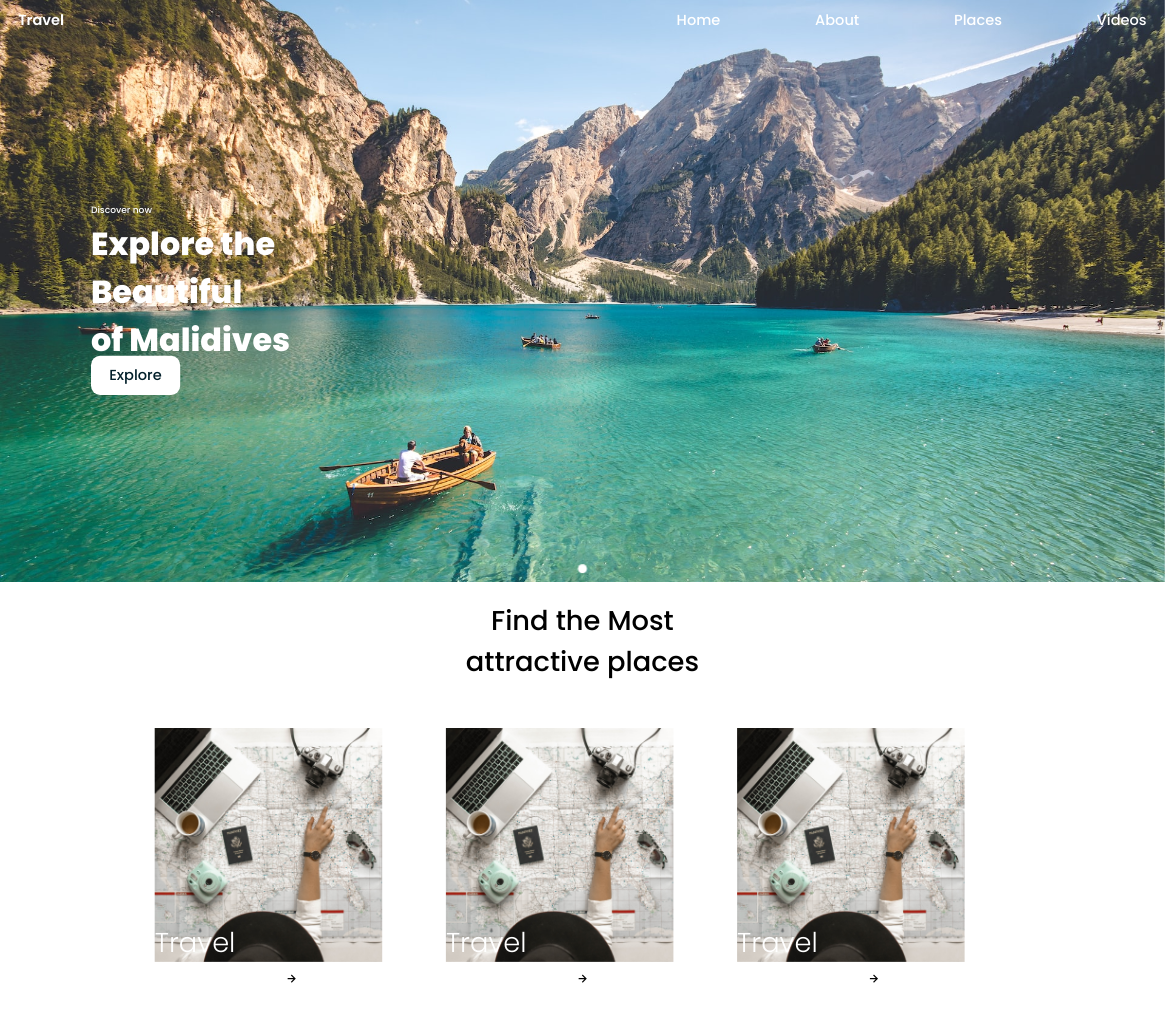
Repository: OmniaRafat232111121/Traveling
Page: index.html
The author's editor kept a copy of each file at every save. The page is drawn from the files as they stood at one save, then again after the next save.
The browser window is 1280 px wide. The pictures show the whole page, at 91% of full size.

Above is the page before, as saved 2022-12-20 11:24:58.

After the next save:
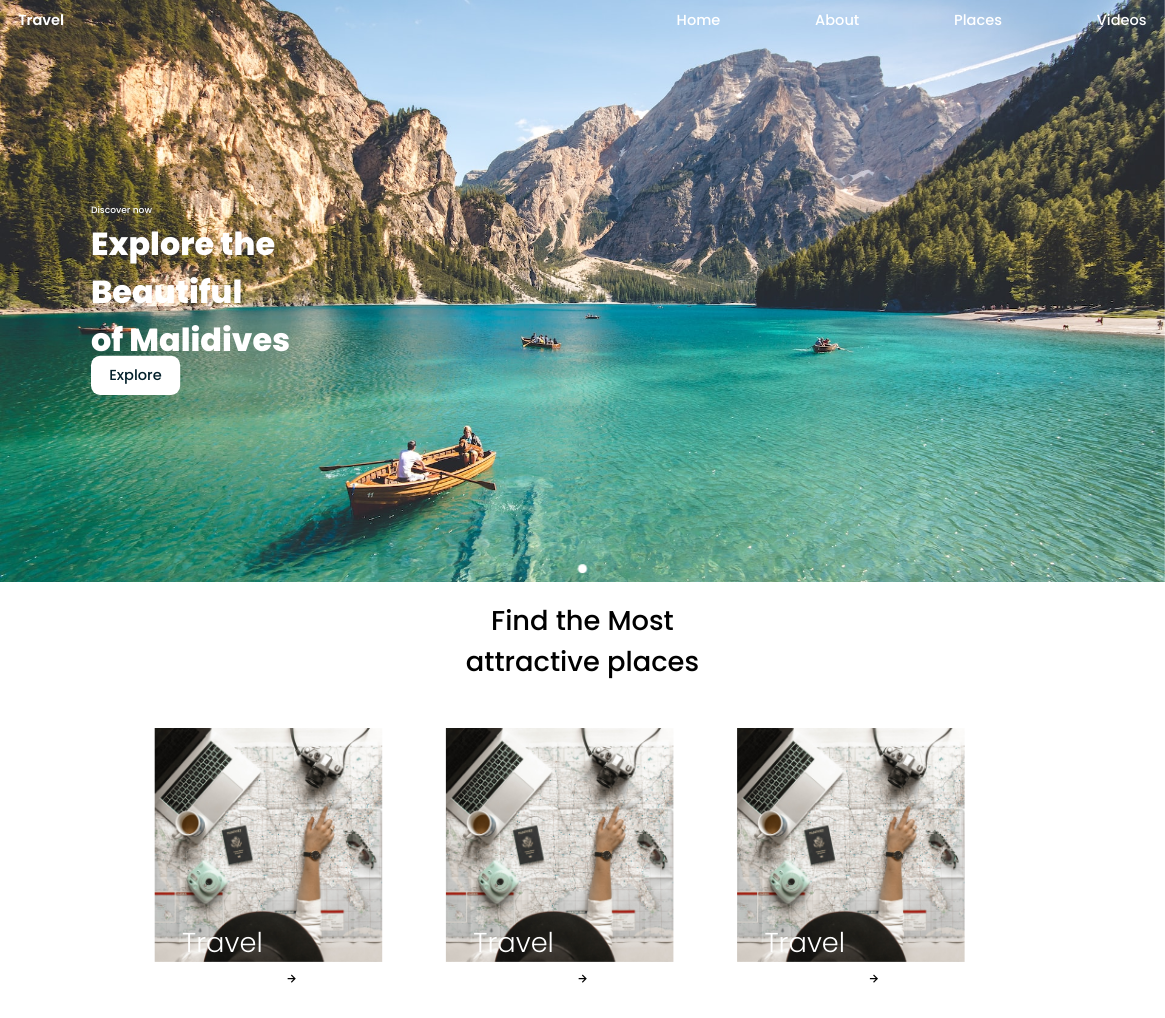
Saved 5 s later.
--- a/css/style.css
+++ b/css/style.css
@@ -156,6 +156,6 @@ bottom:30px;
     font-weight: 300;
     font-size: 30px;
     color:var(--bf-color);
-    margin
+    margin-left:30px;
 
 }
